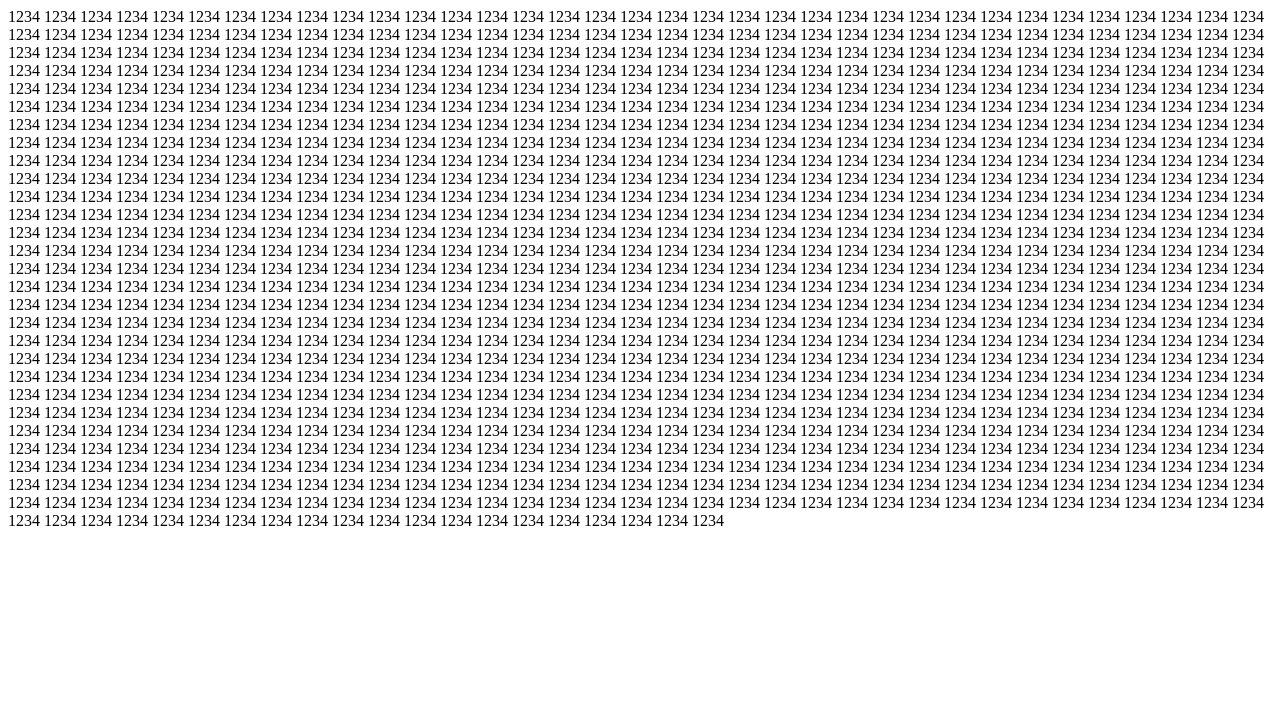
Repository: sgnq008-tech/JSP
Page: http://localhost/WebProject/directive/bufferEx.jsp
These files come from the project's save history. The page is drawn as it stood at one moment and after the next save; the edit follows.
The browser window is 1280 px wide. The pictures show the whole page.
The page is served by Tomcat 9.

Above is the page before, as saved 2026-09-10 03:28:20.

After the next save:
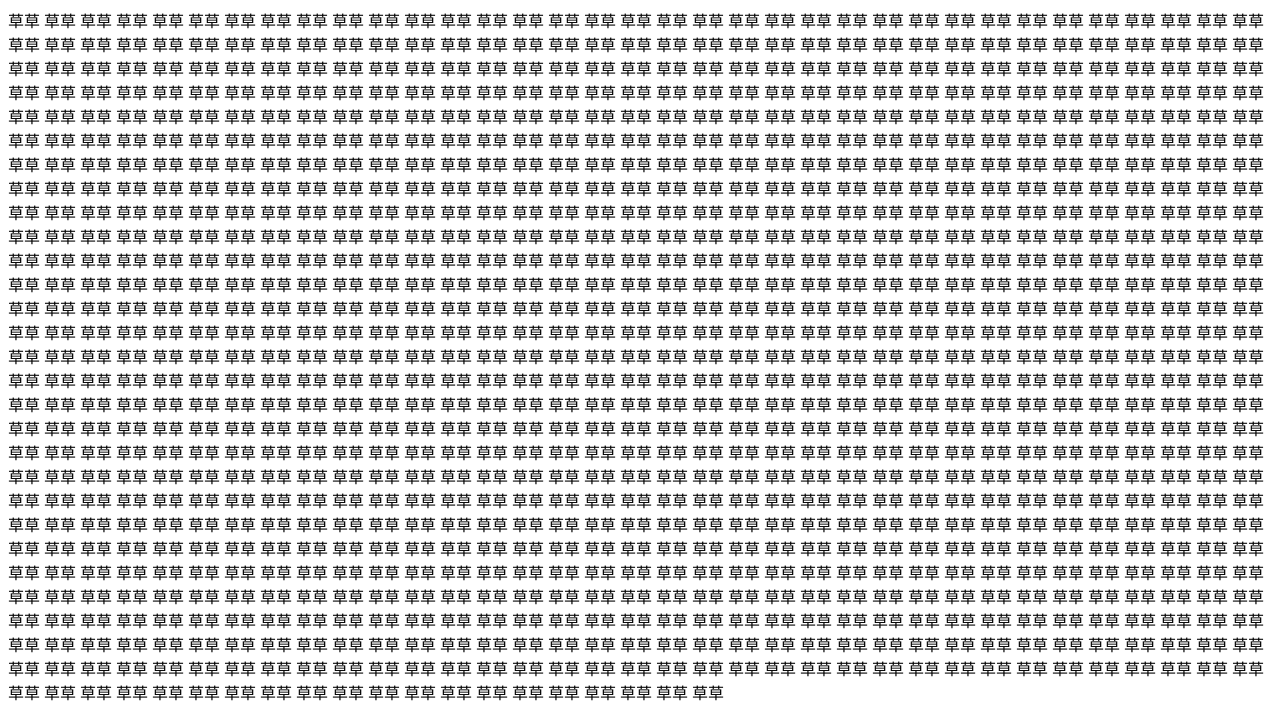
Saved 3 min 20 s later.
--- a/jsp_workspace/WebProject/src/main/webapp/directive/bufferEx.jsp
+++ b/jsp_workspace/WebProject/src/main/webapp/directive/bufferEx.jsp
@@ -9,7 +9,7 @@
 </head>
 <body>
 <% for(int i = 0; i <1000; i++){ %>
-1234
+草草
 <%} %>
 
 </body>
